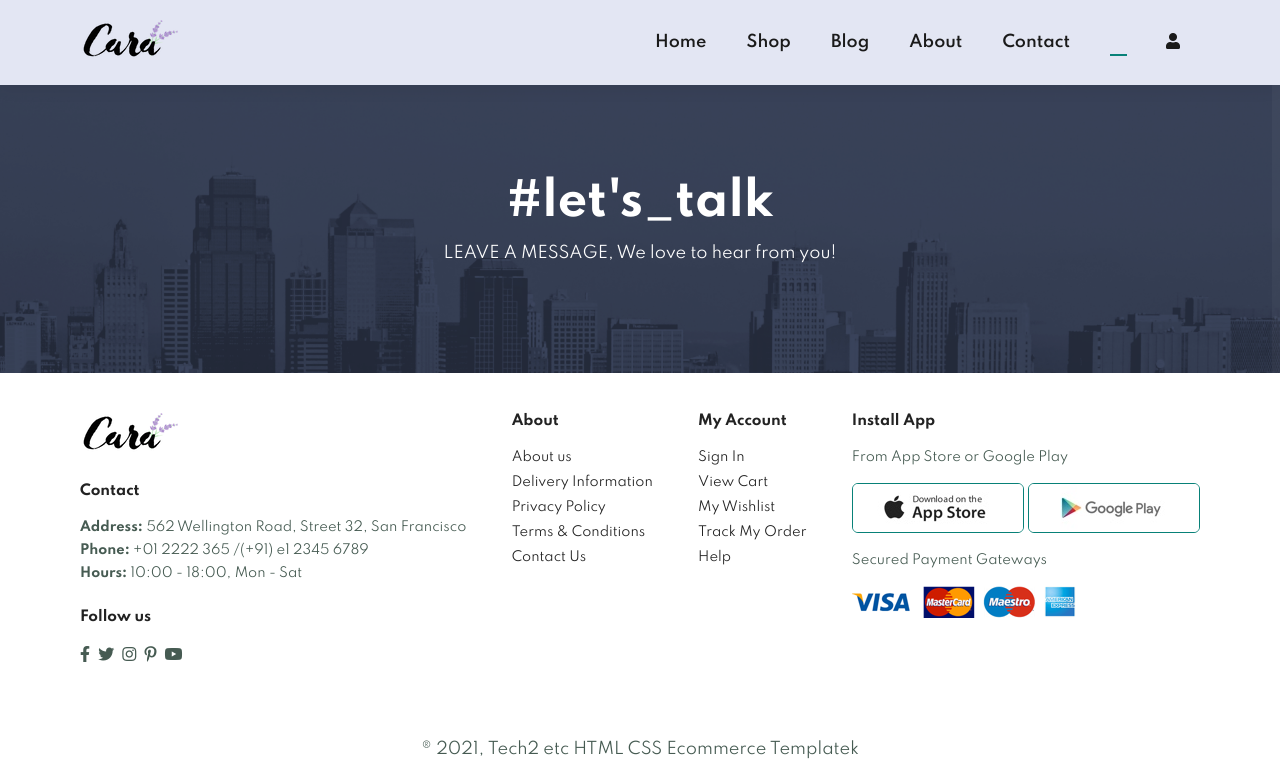
Repository: MinhNhatIT2901/Ecommerce
Page: cart.html
These files come from the project's save history. The page is drawn as it stood at one moment and after the next save; the edit follows.
The browser window is 1280 px wide. The pictures show the whole page.
Some icons come from a web library that is not loaded, so they are not drawn. Some web libraries are served in a nearby version.

Above is the page before, as saved 2022-01-28 10:32:18.

After the next save:
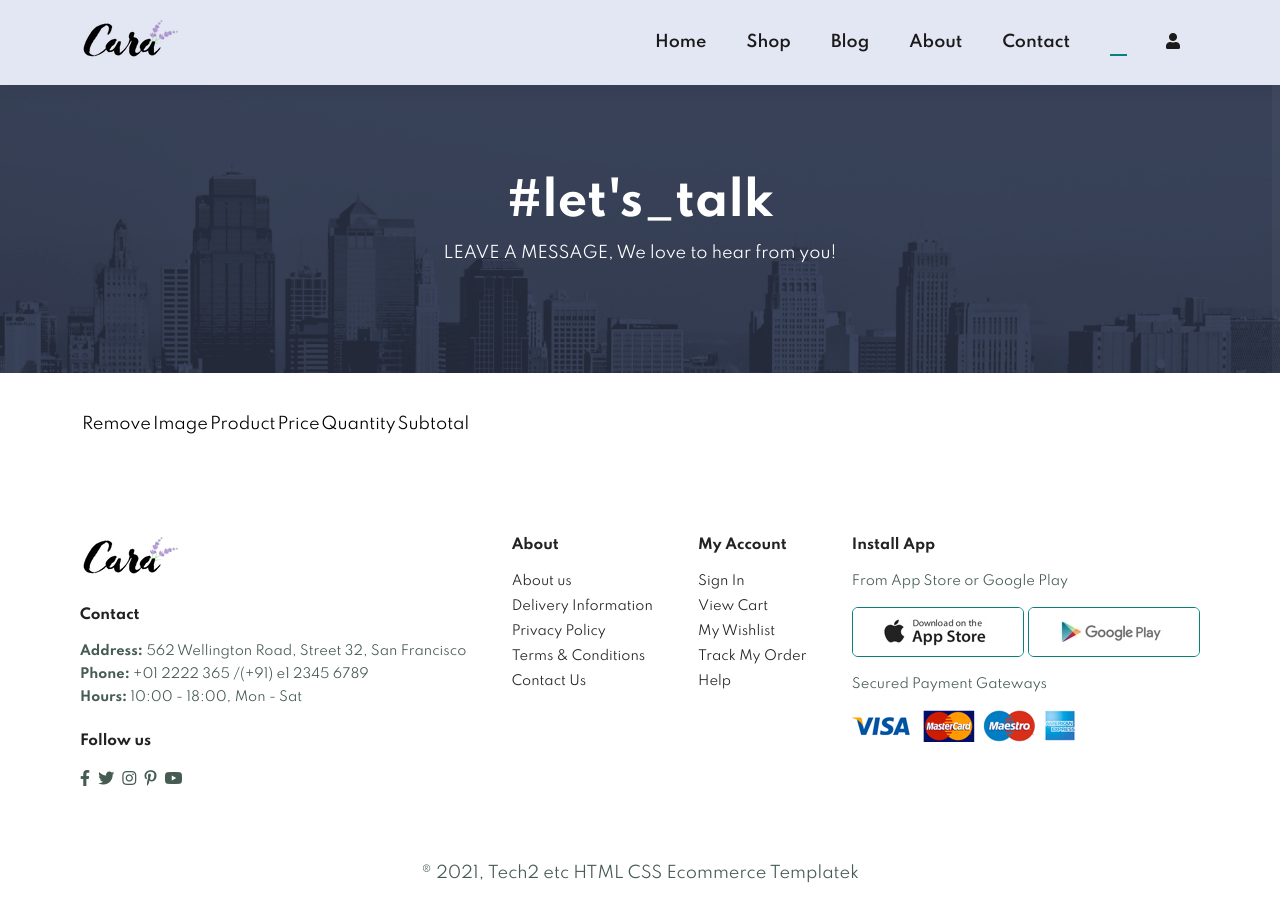
Saved 3 min 54 s later.
--- a/cart.html
+++ b/cart.html
@@ -41,6 +41,27 @@
         <p>LEAVE A MESSAGE, We love to hear from you!</p>
     </section>
 
+    <div id="cart" class="section-p1">
+        <table with="100%">
+            <thead>
+                <tr>
+                    <td>Remove</td>
+                    <td>Image</td>
+                    <td>Product</td>
+                    <td>Price</td>
+                    <td>Quantity</td>
+                    <td>Subtotal</td>
+                </tr>
+            </thead>
+            <tbody>
+                <tr>
+                    <td>
+                        <a href="#"><i class="far fa-time-circle"></i></a>
+                    </td>
+                </tr>
+            </tbody>
+        </table>
+    </div>
 
 
     <footer class="section-p1">
